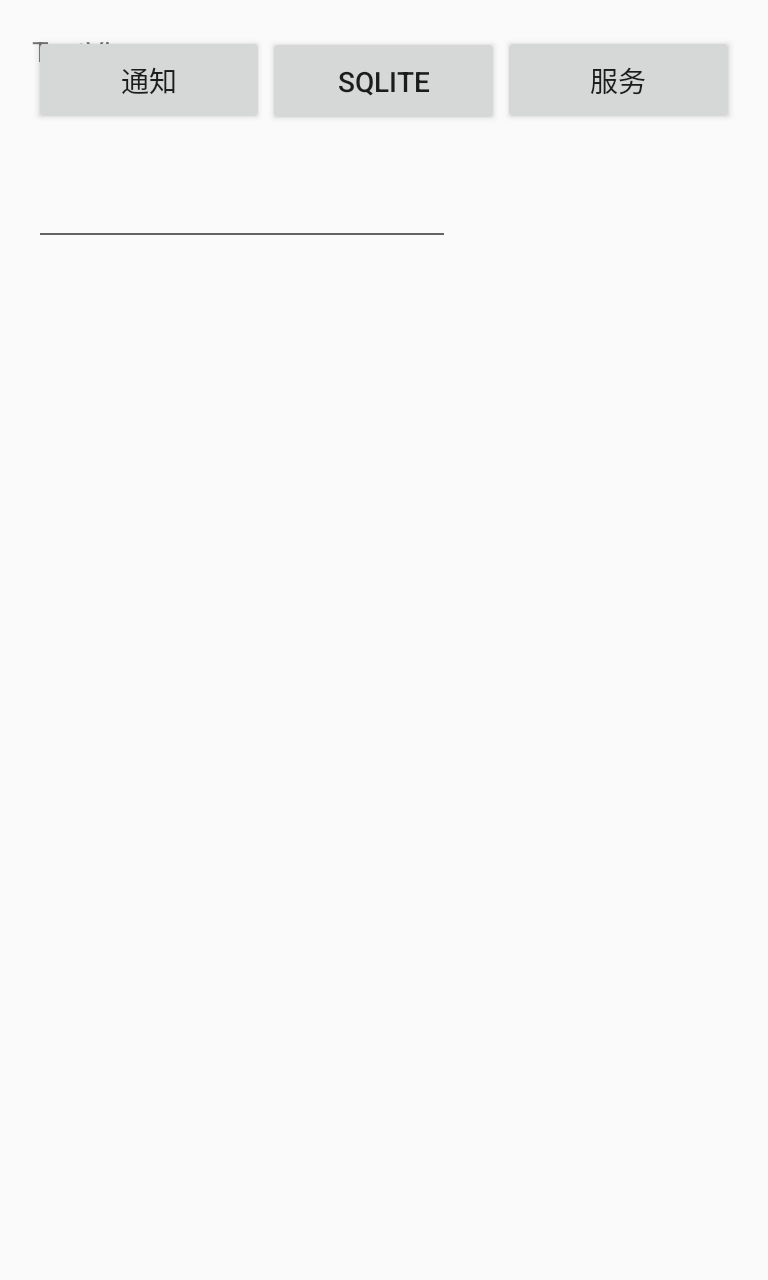
Repository: vampire08ms/Android_Project
Layout: Ring/res/layout/activity_main_activity1.xml
An editor plug-in stored every save of this project. The layout is shown before and after the next save, followed by the edit.
It is drawn on a 768 x 1280 px phone screen (xhdpi) without system bars, with theme AppTheme; the app's code is not run.

Above is the layout before, as saved 2015-02-22 05:42:37.

### Ring/res/layout/activity_main_activity1.xml
<RelativeLayout xmlns:android="http://schemas.android.com/apk/res/android"
    xmlns:tools="http://schemas.android.com/tools"
    android:layout_width="match_parent"
    android:layout_height="match_parent"
    android:paddingBottom="@dimen/activity_vertical_margin"
    android:paddingLeft="@dimen/activity_horizontal_margin"
    android:paddingRight="@dimen/activity_horizontal_margin"
    android:paddingTop="@dimen/activity_vertical_margin"
    tools:context="com.example.ring.MainActivity1" >

    <TextView
        android:id="@+id/textView1"
        android:layout_width="wrap_content"
        android:layout_height="wrap_content"
        android:layout_alignParentLeft="true"
        android:layout_alignParentTop="true"
        android:text="TextView" />

    <EditText
        android:id="@+id/editText1"
        android:layout_width="wrap_content"
        android:layout_height="wrap_content"
        android:layout_alignLeft="@+id/textView1"
        android:layout_below="@+id/textView1"
        android:layout_marginTop="49dp"
        android:ems="10" />

    <LinearLayout
        android:layout_width="match_parent"
        android:layout_height="match_parent"
        android:orientation="horizontal" >

        <Button
            android:id="@+id/button1"
            android:layout_width="wrap_content"
            android:layout_height="wrap_content"
            android:layout_weight="1"
            android:text="通知" />

        <Button
            android:id="@+id/button2"
            android:layout_width="wrap_content"
            android:layout_height="wrap_content"
            android:layout_weight="1"
            android:text="SQLite" />

        <Button
            android:id="@+id/button3"
            android:layout_width="wrap_content"
            android:layout_height="wrap_content"
            android:layout_weight="1"
            android:text="服务" />
    </LinearLayout>

</RelativeLayout>

Loaded but not shown: Ring/res/values/styles.xml (common file); Ring/res/values-v11/styles.xml (common file); Ring/res/values-v14/styles.xml (common file); Ring/res/values/dimens.xml (common file); Ring/res/values-w820dp/dimens.xml (common file)

After the next save:
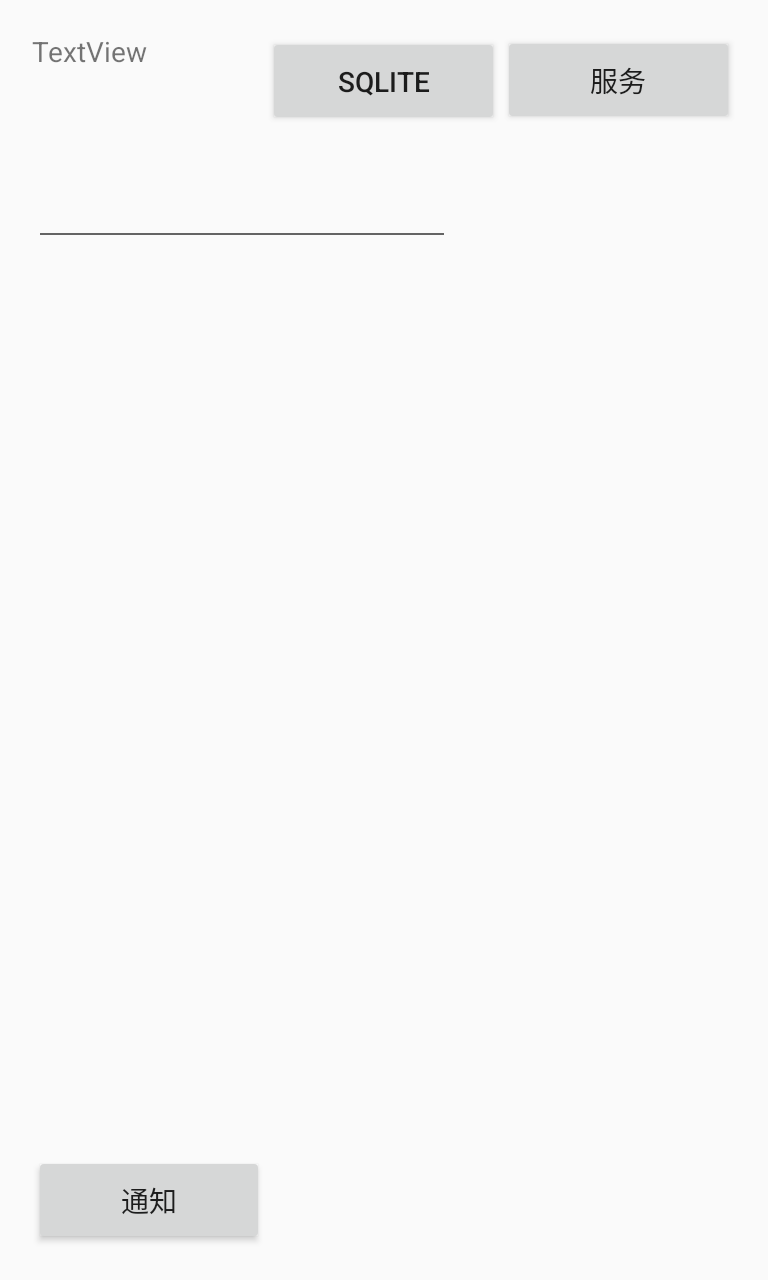
Saved 2 min 4 s later.
--- a/Ring/res/layout/activity_main_activity1.xml
+++ b/Ring/res/layout/activity_main_activity1.xml
@@ -35,6 +35,7 @@
             android:layout_width="wrap_content"
             android:layout_height="wrap_content"
             android:layout_weight="1"
+            android:layout_gravity="bottom"
             android:text="通知" />
 
         <Button
